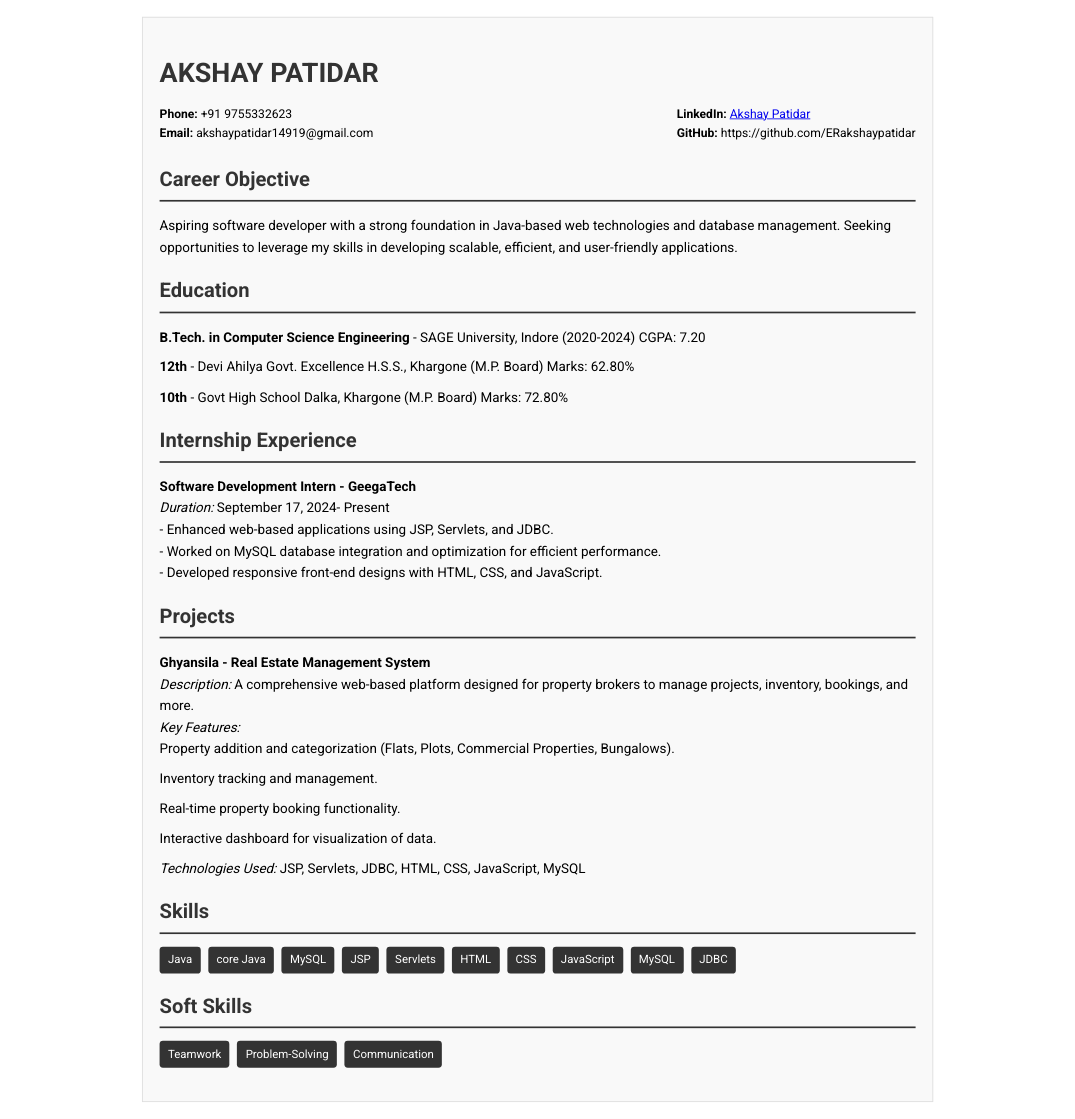
Repository: ERakshaypatidar/Gyanshieela
Page: akshayResume.html
An editor plug-in stored every save of this project. The page is shown before and after the next save, followed by the edit.
The browser window is 1280 px wide. The pictures show the whole page, at 84% of full size.

Above is the page before, as saved 2024-12-16 16:32:43.

After the next save:
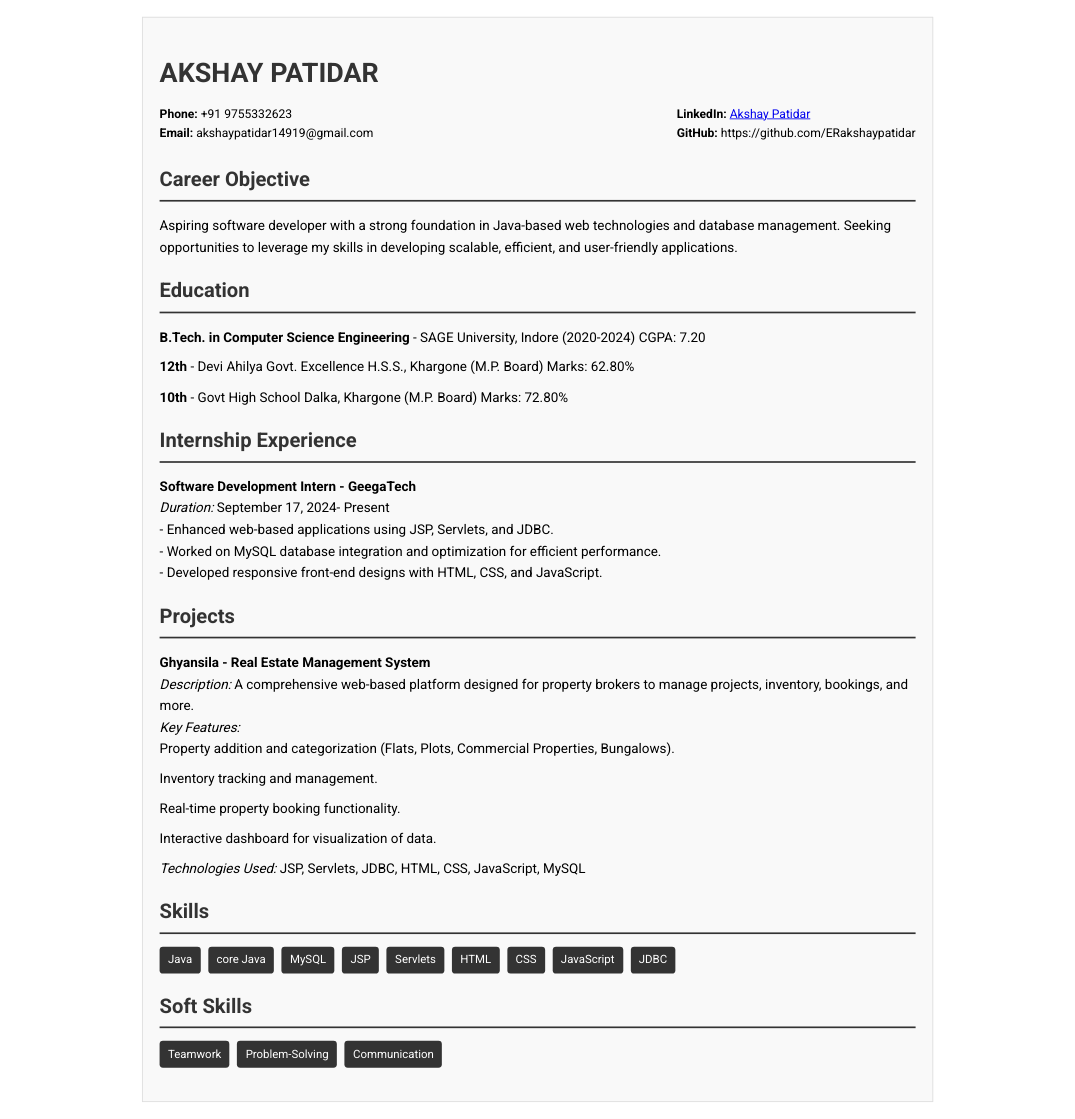
Saved 17 s later.
--- a/akshayResume.html
+++ b/akshayResume.html
@@ -169,7 +169,7 @@
         <span>HTML</span>
         <span>CSS</span>
         <span>JavaScript</span>
-        <span>MySQL</span>
+
         <span>JDBC</span>
       </div>
     </div>
